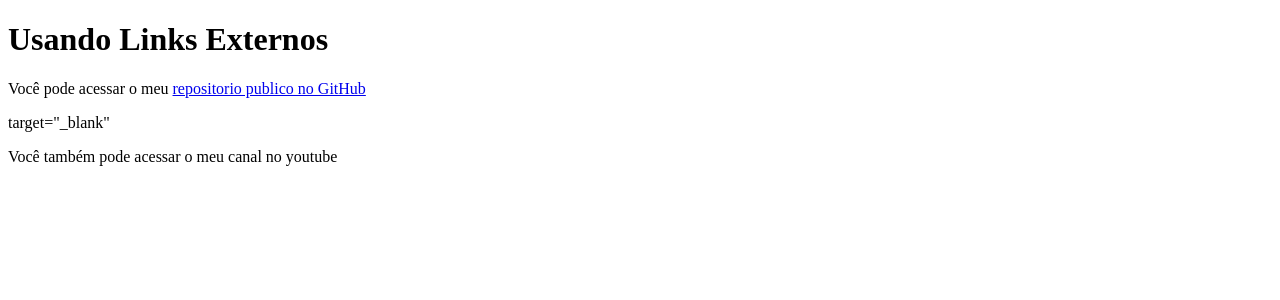
Repository: Guillermomarcon/exercicios
Page: ex0010/index.html
The author's editor kept a copy of each file at every save. The page is drawn from the files as they stood at one save, then again after the next save.
The browser window is 1280 px wide. The pictures show the whole page.

Above is the page before, as saved 2020-12-14 00:01:21.

### ex0010/index.html
<!DOCTYPE html>
<html lang="pt-br">
<head>
    <meta charset="UTF-8">
    <meta name="viewport" content="width=device-width, initial-scale=1.0">
    <title>Trabalhando com links</title>
</head>
<body>
    <h1>Usando Links Externos</h1>
    <p>Você pode acessar o meu <a href="https://gustavoguanabara.github.io/" target="_blank" rel="external">repositorio publico no GitHub</a></p>
target="_blank"    <p>Você também pode acessar o meu <a href="https://www.youtube.com/cursoemvideo" ></a>canal no youtube</p>

</body>
</html>

After the next save:
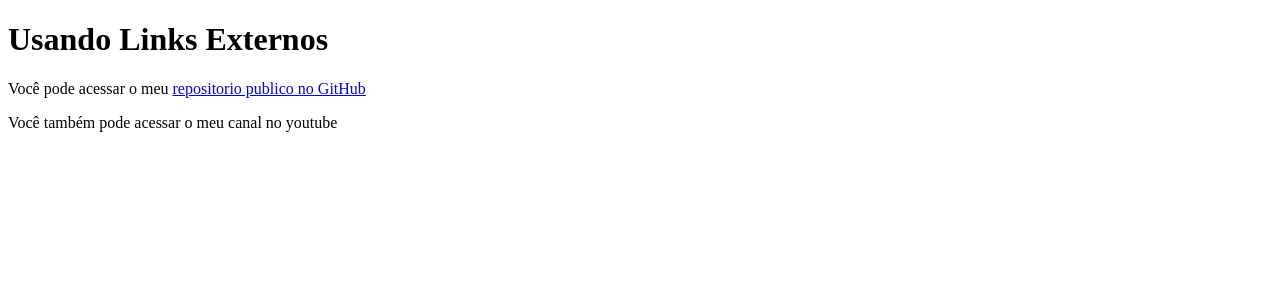
Saved 17 s later.
--- a/ex0010/index.html
+++ b/ex0010/index.html
@@ -8,7 +8,7 @@
 <body>
     <h1>Usando Links Externos</h1>
     <p>Você pode acessar o meu <a href="https://gustavoguanabara.github.io/" target="_blank" rel="external">repositorio publico no GitHub</a></p>
-target="_blank"    <p>Você também pode acessar o meu <a href="https://www.youtube.com/cursoemvideo" ></a>canal no youtube</p>
+    <p>Você também pode acessar o meu <a href="https://www.youtube.com/cursoemvideo" ></a>canal no youtube</p>
 
 </body>
 </html>
